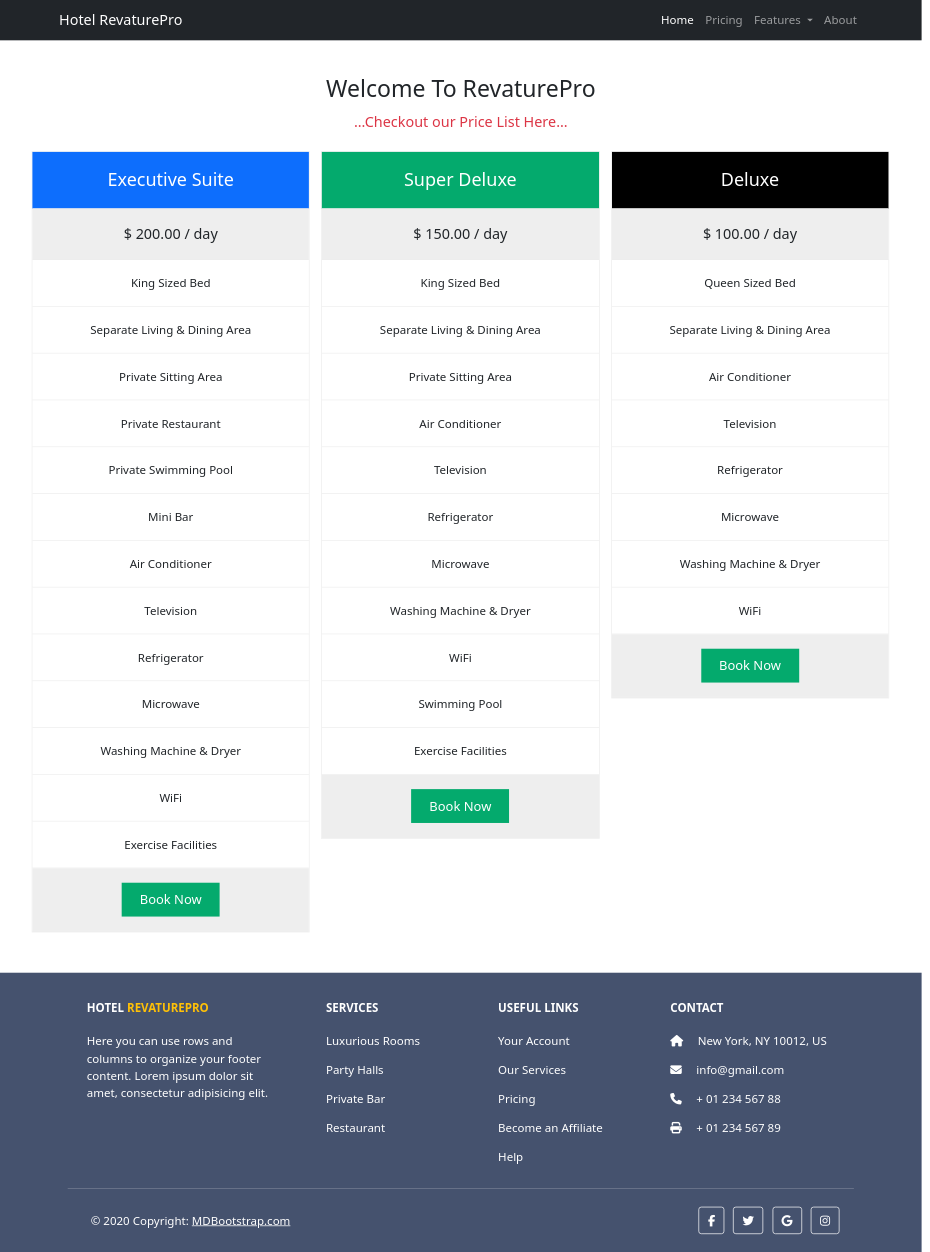
Repository: Azgarp/capstone-project
Page: http://localhost/demo/pricing.jsp
The author's editor kept a copy of each file at every save. The page is drawn from the files as they stood at one save, then again after the next save.
The browser window is 1280 px wide. The page is 1292 px wide, so the pictures cover 1292 px, including what lies to the right of the window. The pictures show the whole page, at 72% of full size.
Some web libraries are served in a nearby version. The page is served by Tomcat 9. Other server files are loaded and not shown.

Above is the page before, as saved 2022-05-30 04:45:24.

### demo/src/main/webapp/pricing.jsp
<%@ page language="java" contentType="text/html; charset=ISO-8859-1"
    pageEncoding="ISO-8859-1"%>
<!DOCTYPE html>
<html>
<head>
<meta name="viewport" content="width=device-width, initial-scale=1.0">
<!-- BootStrap css and JavaScript links -->
    <%@include file="bootstrap_links.jsp" %>
<!-- Font awesome -->
    <%@include file="fontawesome/fontawesome.jsp" %>
<style>
* {
  box-sizing: border-box;
}

.columns {
  float: left;
  width: 33.3%;
  padding: 8px;
}

.price {
  list-style-type: none;
  border: 1px solid #eee;
  margin: 0;
  padding: 0;
  -webkit-transition: 0.3s;
  transition: 0.3s;
}

.price:hover {
  box-shadow: 0 8px 12px 0 rgba(0,0,0,0.2)
}

.price .header {
  background-color: #111;
  color: white;
  font-size: 25px;
}

.price li {
  border-bottom: 1px solid #eee;
  padding: 20px;
  text-align: center;
}

.price .grey {
  background-color: #eee;
  font-size: 20px;
}

.button {
  background-color: #04AA6D;
  border: none;
  color: white;
  padding: 10px 25px;
  text-align: center;
  text-decoration: none;
  font-size: 18px;
}

@media only screen and (max-width: 600px) {
  .columns {
    width: 100%;
  }
}
</style>
</head>
<body>
<%@include file="navbar.jsp"%>
<h2 style="text-align:center" class="p-5 pb-0">Welcome To RevaturePro</h2>
<p><h5 style="text-align:center" class="text-danger">...Checkout our Price List Here...</h5></p>
<div class="row p-5 pt-1">
<div class="columns">
  <ul class="price">
    <li class="header bg-primary">Executive Suite</li>
    <li class="grey">$ 200.00 / day</li>
    <li>King Sized Bed</li>
    <li>Separate Living & Dining Area</li>
    <li>Private Sitting Area</li>
    <li>Private Restaurant</li>
    <li>Private Swimming Pool</li>
    <li>Mini Bar</li>
    <li>Air Conditioner</li>
    <li>Television</li>
    <li>Refrigerator</li>
    <li>Microwave</li>
    <li>Washing Machine & Dryer</li>
    <li>WiFi</li>
    <li>Exercise Facilities</li>
    <li class="grey"><button onclick="javascript:document.loginform.submit()" class="button">Book Now</button></li>
    <form name="loginform" action="/receptionist/dashboard.jsp" method="post" hidden="true">
      				<input hidden type="submit" value="/receptionist/dashboard.jsp" />
  </ul>
</div>

<div class="columns">
  <ul class="price">
    <li class="header" style="background-color:#04AA6D">Super Deluxe</li>
    <li class="grey">$ 150.00 / day</li>
    <li>King Sized Bed</li>
    <li>Separate Living & Dining Area</li>
    <li>Private Sitting Area</li>
    <!-- <li>Private Restaurant</li> -->
    <!-- <li>Mini Bar</li> -->
    <li>Air Conditioner</li>
    <li>Television</li>
    <li>Refrigerator</li>
    <li>Microwave</li>
    <li>Washing Machine & Dryer</li>
    <li>WiFi</li>
    <li>Swimming Pool</li>
    <li>Exercise Facilities</li>
    <li class="grey"><button onclick="javascript:document.loginform.submit()" class="button">Book Now</button></li>
  </ul>
</div>


<div class="columns">
  <ul class="price">
    <li class="header bg-black">Deluxe</li>
    <li class="grey">$ 100.00 / day</li>
    <li>Queen Sized Bed</li>
    <li>Separate Living & Dining Area</li>
    <!-- <li>Private Sitting Area</li> -->
    <!-- <li>Private Restaurant</li> -->
    <!-- <li>Mini Bar</li> -->
    <li>Air Conditioner</li>
    <li>Television</li>
    <li>Refrigerator</li>
    <li>Microwave</li>
    <li>Washing Machine & Dryer</li>
    <li>WiFi</li>
    <li class="grey"><button onclick="javascript:document.loginform.submit()" class="button">Book Now</button></li>

  </ul>
</div>
</div>
<!-- footer -->
<%@include file="footer.jsp" %>

</body>
</html>

### demo/src/main/webapp/bootstrap_links.jsp
<!-- CSS only -->
<link rel="stylesheet" href="https://cdn.jsdelivr.net/npm/bootstrap@4.4.1/dist/css/bootstrap.min.css">
<link href="https://cdn.jsdelivr.net/npm/bootstrap@5.1.3/dist/css/bootstrap.min.css" rel="stylesheet"/>

<!-- JavScript Bundle with Popper -->
<script src="https://code.jquery.com/jquery-3.4.1.slim.min.js"></script>
<script src="https://cdn.jsdelivr.net/npm/popper.js@1.16.0/dist/umd/popper.min.js" ></script>
<script src="https://cdn.jsdelivr.net/npm/bootstrap@4.4.1/dist/js/bootstrap.min.js" ></script>
<script src="https://cdn.jsdelivr.net/npm/bootstrap@5.1.3/dist/js/bootstrap.bundle.min.js"></script>

### demo/src/main/webapp/fontawesome/fontawesome.jsp
<%@ page language="java" contentType="text/html; charset=ISO-8859-1"
    pageEncoding="ISO-8859-1"%>
    <!-- Font awesome -->
<script src="https://kit.fontawesome.com/29ed69fada.js" crossorigin="anonymous"></script>

### demo/src/main/webapp/navbar.jsp

<nav class="navbar navbar-expand-lg navbar-dark bg-dark">
      <div class="container-fluid container">
        <a class="navbar-brand" href="#">Hotel RevaturePro</a>
        <button
          class="navbar-toggler"
          type="button"
          data-bs-toggle="collapse"
          data-bs-target="#navbarNavDropdown"
          aria-controls="navbarNavDropdown"
          aria-expanded="false"
          aria-label="Toggle navigation"
        >
          <span class="navbar-toggler-icon"></span>
        </button>
        <div class="collapse navbar-collapse" id="navbarNavDropdown">
          <ul class="navbar-nav ms-auto">
            <li class="nav-item">
              <a class="nav-link active" aria-current="page" href="/">Home</a>
            </li>
            <!-- <li class="nav-item">
              <a class="nav-link" href="login.jsp">Available Rooms</a>
            </li> -->
            <!-- <li class="nav-item">
              <a class="nav-link" href="#">Features</a>
            </li> -->
            <li class="nav-item">
              <a class="nav-link" href="/pricing">Pricing</a>
            </li>
            <li class="nav-item dropdown">
              <a
                class="nav-link dropdown-toggle"
                href="#"
                id="navbarDropdownMenuLink"
                role="button"
                data-bs-toggle="dropdown"
                aria-expanded="false"
              >
                Features
              </a>
              <ul
                class="dropdown-menu bg-dark text-white p-1"
                aria-labelledby="navbarDropdownMenuLink"
              >
                <li><i class="fa-solid fa-wifi"></i> Seamless Internet</li>
                <li><i class="fas fa-tv"></i> Tv</li>
                <li>
                  <i class="fa fa-cutlery" aria-hidden="true"></i> Restaurent
                </li>
                <li>
                 <i class='fas fa-swimmer'></i> Swimming Pool
                </li>
                <li>
                 <i class='fas fa-heartbeat'></i> Exercise Facilities
                </li>
                <li>
                  <i class="fa fa-plus" aria-hidden="true"></i> Many more
                </li>
              </ul>
            </li>
            <li class="nav-item">
            <a class="nav-link" href="#">About</a>
            </li>
          </ul>
        </div>
      </div>
    </nav>

### demo/src/main/webapp/footer.jsp
<!-- Footer -->
  <footer
          class="text-center text-lg-start text-white"
          style="background-color: #45526e"
          >
    <!-- Grid container -->
    <div class="container p-4 pb-0">
      <!-- Section: Links -->
      <section class="">
        <!--Grid row-->
        <div class="row">
          <!-- Grid column -->
          <div class="col-md-3 col-lg-3 col-xl-3 mx-auto mt-3">
            <h6 class="text-uppercase mb-4 font-weight-bold">
              HOTEL <span class="text-warning">REVATUREPRO</span>
            </h6>
            <p>
              Here you can use rows and columns to organize your footer
              content. Lorem ipsum dolor sit amet, consectetur adipisicing
              elit.
            </p>
          </div>
          <!-- Grid column -->

          <hr class="w-100 clearfix d-md-none" />

          <!-- Grid column -->
          <div class="col-md-2 col-lg-2 col-xl-2 mx-auto mt-3">
            <h6 class="text-uppercase mb-4 font-weight-bold">SERVICES</h6>
            <p>
              <a class="text-white">Luxurious Rooms</a>
            </p>
            <p>
              <a class="text-white">Party Halls</a>
            </p>
            <p>
              <a class="text-white">Private Bar</a>
            </p>
            <p>
              <a class="text-white">Restaurant</a>
            </p>
          </div>
          <!-- Grid column -->

          <hr class="w-100 clearfix d-md-none" />

          <!-- Grid column -->
          <div class="col-md-3 col-lg-2 col-xl-2 mx-auto mt-3">
            <h6 class="text-uppercase mb-4 font-weight-bold">
              Useful links
            </h6>
            <p>
              <a class="text-white">Your Account</a>
            </p>
            <p>
              <a class="text-white">Our Services</a>
            </p>
            <p>
              <a class="text-white">Pricing</a>
            </p>
            <p>
              <a class="text-white">Become an Affiliate</a>
            </p>
            <p>
              <a class="text-white">Help</a>
            </p>
          </div>

          <!-- Grid column -->
          <hr class="w-100 clearfix d-md-none" />

          <!-- Grid column -->
          <div class="col-md-4 col-lg-3 col-xl-3 ms-auto mt-3">
            <h6 class="text-uppercase mb-4 font-weight-bold">Contact</h6>
            <p><i class="fas fa-home mr-3"></i> New York, NY 10012, US</p>
            <p><i class="fas fa-envelope mr-3"></i> info@gmail.com</p>
            <p><i class="fas fa-phone mr-3"></i> + 01 234 567 88</p>
            <p><i class="fas fa-print mr-3"></i> + 01 234 567 89</p>
          </div>
          <!-- Grid column -->
        </div>
        <!--Grid row-->
      </section>
      <!-- Section: Links -->

      <hr class="my-3">

      <!-- Section: Copyright -->
      <section class="p-3 pt-0">
        <div class="row d-flex align-items-center">
          <!-- Grid column -->
          <div class="col-md-7 col-lg-8 text-center text-md-start">
            <!-- Copyright -->
            <div class="p-3">
              © 2020 Copyright:
              <a class="text-white" href="https://mdbootstrap.com/"
                 >MDBootstrap.com</a
                >
            </div>
            <!-- Copyright -->
          </div>
          <!-- Grid column -->

          <!-- Grid column -->
          <div class="col-md-5 col-lg-4 ml-lg-0 text-center text-md-end">
            <!-- Facebook -->
            <a
               class="btn btn-outline-light btn-floating m-1"
               class="text-white"
               role="button"
               ><i class="fab fa-facebook-f"></i
              ></a>

            <!-- Twitter -->
            <a
               class="btn btn-outline-light btn-floating m-1"
               class="text-white"
               role="button"
               ><i class="fab fa-twitter"></i
              ></a>

            <!-- Google -->
            <a
               class="btn btn-outline-light btn-floating m-1"
               class="text-white"
               role="button"
               ><i class="fab fa-google"></i
              ></a>

            <!-- Instagram -->
            <a
               class="btn btn-outline-light btn-floating m-1"
               class="text-white"
               role="button"
               ><i class="fab fa-instagram"></i
              ></a>
          </div>
          <!-- Grid column -->
        </div>
      </section>
      <!-- Section: Copyright -->
    </div>
    <!-- Grid container -->
  </footer>
  <!-- Footer -->

After the next save:
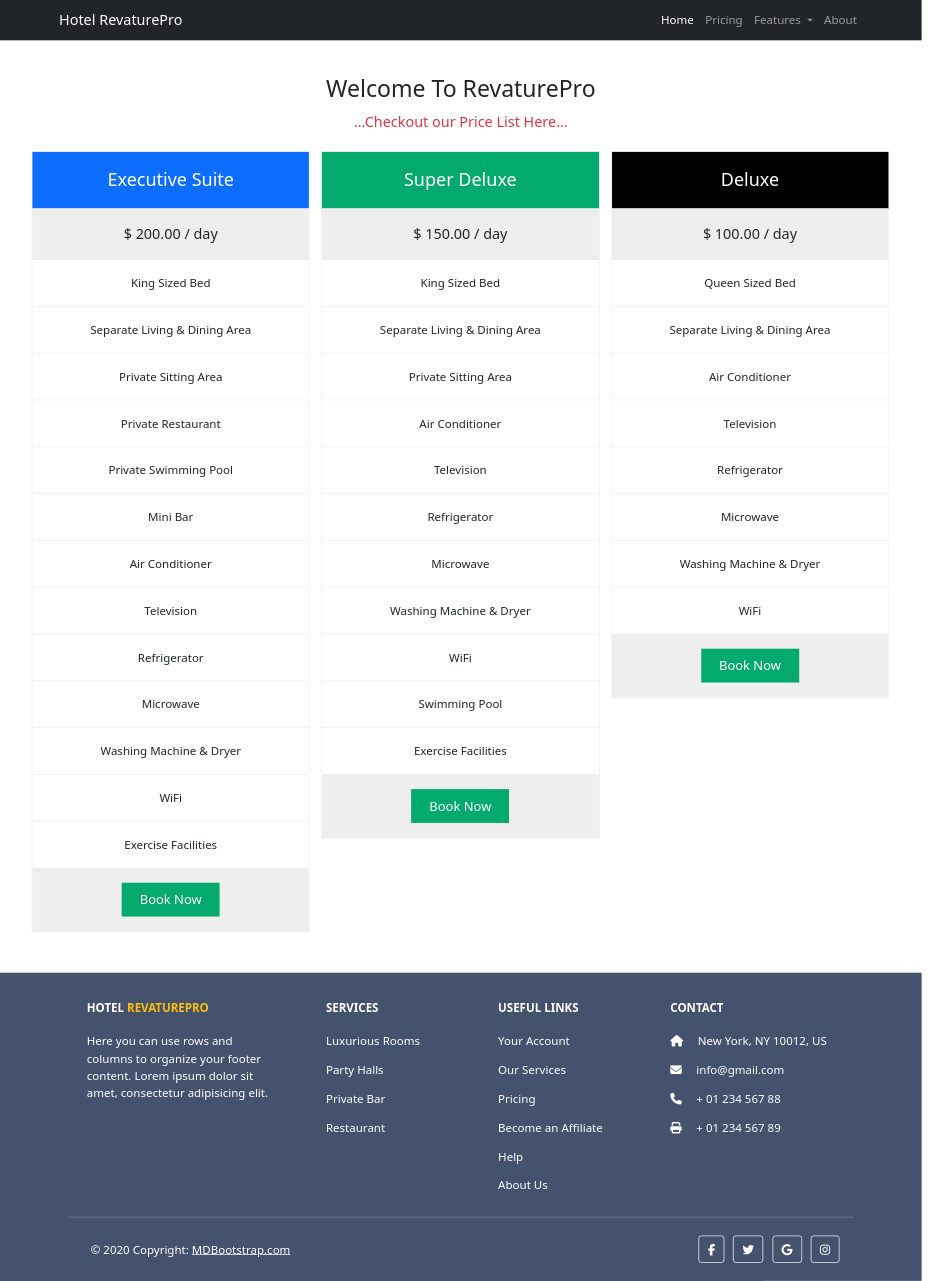
Saved 20 s later.
--- a/demo/src/main/webapp/footer.jsp
+++ b/demo/src/main/webapp/footer.jsp
@@ -63,6 +63,9 @@
             </p>
             <p>
               <a class="text-white">Help</a>
+            </p>
+            <p>
+              <a class="text-white">About Us</a>
             </p>
           </div>
 
